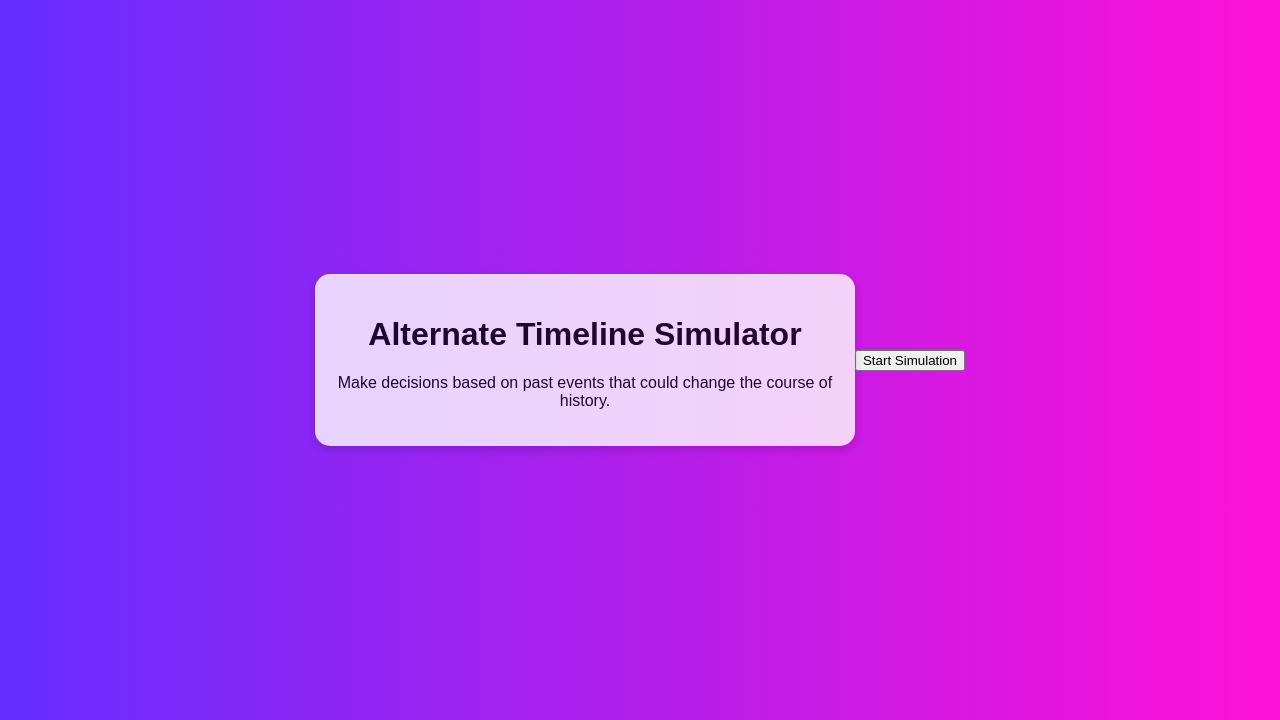
Repository: JovKun/DecisionCraft
Page: service/index.html
These files come from the project's save history. The page is drawn as it stood at one moment and after a run of saves; the edit follows.
The browser window is 1280 px wide. The pictures show the whole page.

Above is the page before, as saved 2026-01-31 12:49:26.
Not found: service/script.js

After the next 4 saves:
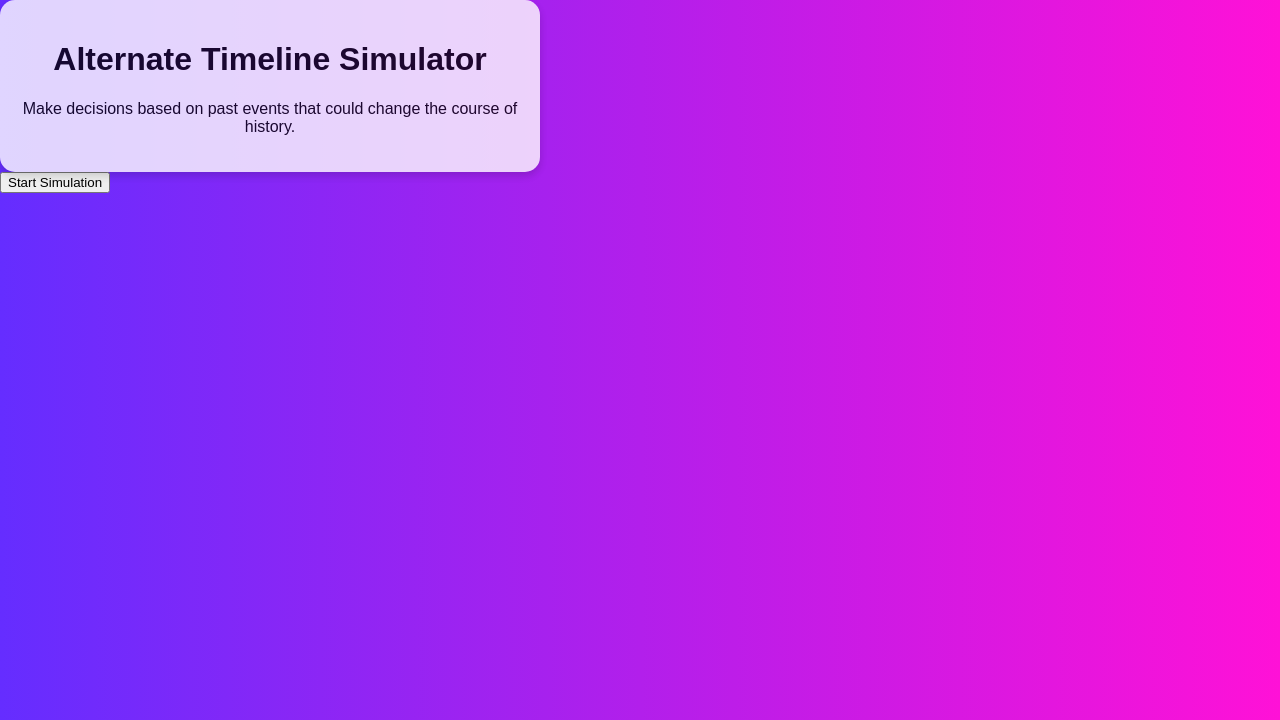
The 4 saves are shown as one change because they came seconds apart.
The last was saved 22 s later.
--- a/service/style.css
+++ b/service/style.css
@@ -7,7 +7,7 @@
 }
 
 body {
-    display: flex;
+    display: flexbox;
     justify-content: center;
     align-items: center;
     height: 100vh;

After the save that followed:
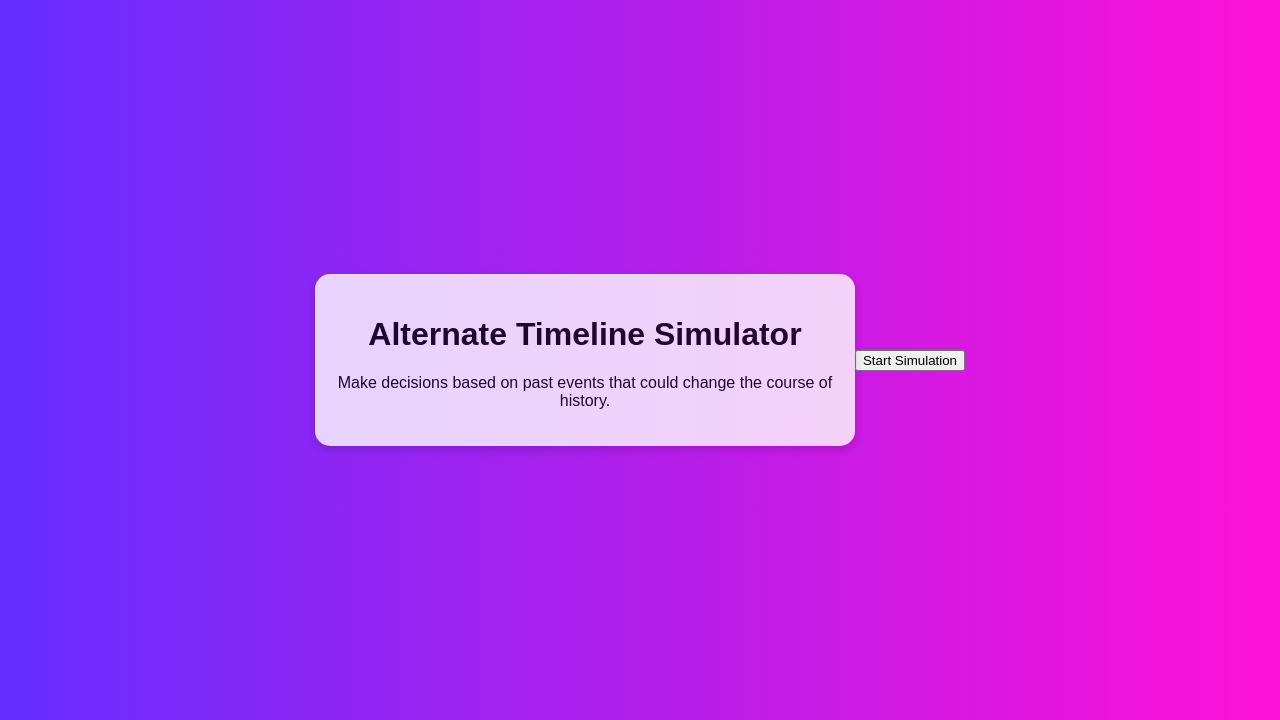
Saved 4 s later.
--- a/service/style.css
+++ b/service/style.css
@@ -7,7 +7,7 @@
 }
 
 body {
-    display: flexbox;
+    display: flex;
     justify-content: center;
     align-items: center;
     height: 100vh;
